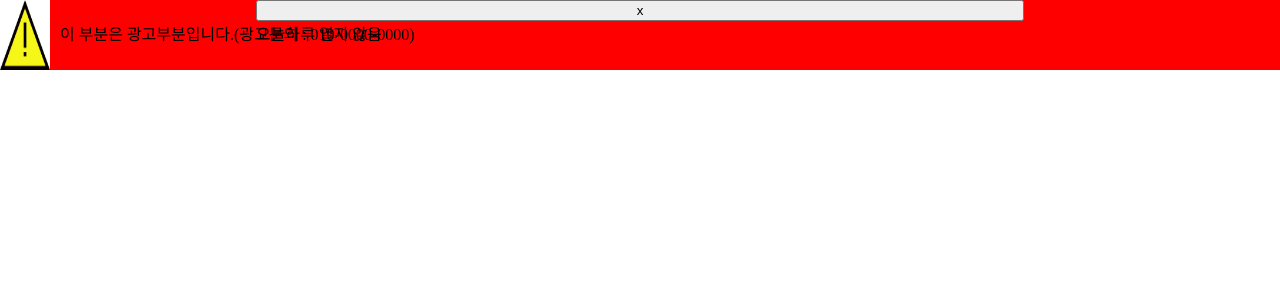
Repository: leehyeonung/myproject
Page: http://localhost/myproject/
These files come from the project's save history. The page is drawn as it stood at one moment and after a run of saves; the edit follows.
The browser window is 1280 px wide. The pictures show the whole page.
The page is served by Tomcat 9.

Above is the page before, as saved 2023-03-15 10:53:31.

After the next 2 saves:
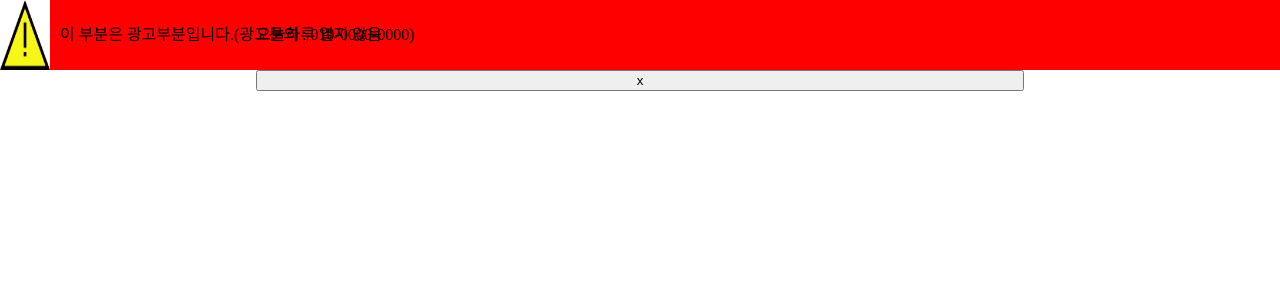
The 2 saves are shown as one change because they came seconds apart.
The last was saved 17 s later.
--- a/myproject/src/main/webapp/header.jsp
+++ b/myproject/src/main/webapp/header.jsp
@@ -17,8 +17,11 @@
 </div>
 <div class="ad_button">
 오늘하루 열지 않음
+
+<form action="">
 <input type="checkbox" name="today_check">
 <button type="button" value="">x</button>
+</form>
 
 </div>
 </div>
